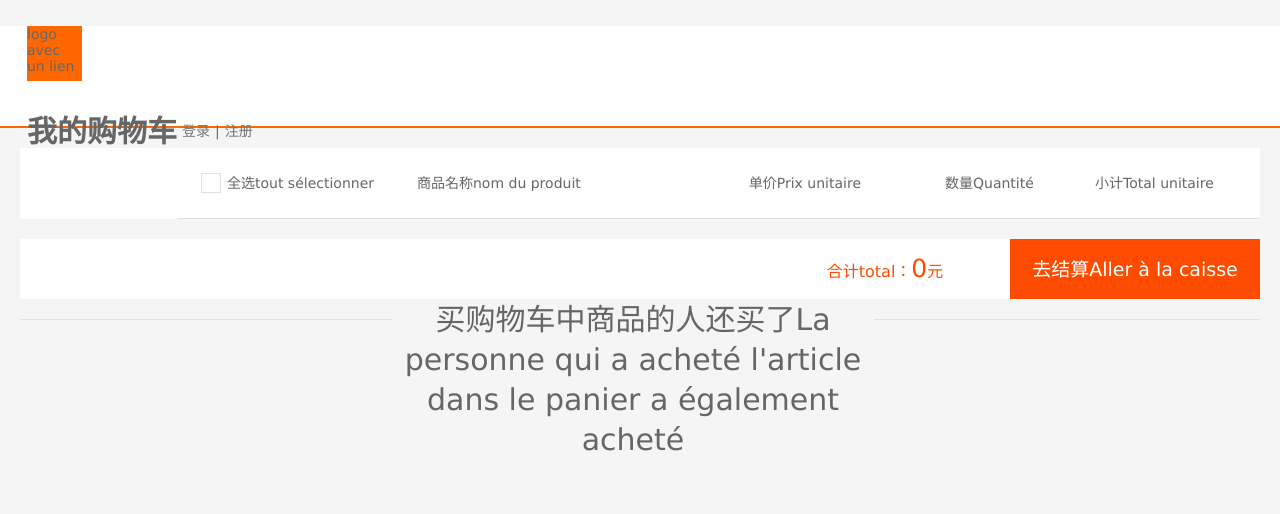
Repository: clairedupuich/excercice
Page: javaScript/banier d'achat/购物车.html
These files come from the project's save history. The page is drawn as it stood at one moment and after the next save; the edit follows.
The browser window is 1280 px wide. The pictures show the whole page.

Above is the page before, as saved 2020-10-12 16:04:10.
Console error: SyntaxError: Unexpected end of input

### javaScript/banier d'achat/购物车.html
<!DOCTYPE html>
<html lang="en">

<head>
    <meta charset="UTF-8">
    <meta name="viewport" content="width=device-width, initial-scale=1.0">
    <title>panier d'achat</title>
    <link rel="stylesheet" href="购物车.css">
</head>

<body>
    <div class="header">
        <div class="container">
            <div class="header-logo">
                <a class="logo ir" href="" title="supermarche de claire">logo avec un lien</a>
            </div>
            <div class="header-title" id="J_miniHeaderTitle">
                <h2 style="font-size: 30px;">我的购物车</h2>
            </div>
            <div class="topbar-info" id="J_userInfo">
                <a class="link" href="http://www.weichufeng.cn/login.jsp">登录</a><span class="sep">|</span><a class="link" href="http://www.weichufeng.cn/regist.jsp">注册</a></div>
        </div>
    </div>
    <!--购物车打开页-->
    <div id="car" class="car">

        <div class="head_row hid">
            <div class="check left"> <i onclick="checkAll()">√</i></div>
            <div class="img left"> 全选tout sélectionner</div>
            <div class="name left">商品名称nom du produit</div>
            <div class="price left">单价Prix ​​unitaire</div>
            <div class="number left">数量Quantité</div>
            <div class="subtotal left">小计Total unitaire</div>
            <div class="ctrl left">操作action</div>
        </div>

    </div>
    <!--结算区域-->
    <div id="sum_area">
        <div id="pay">去结算Aller à la caisse</div>
        <div id="pay_amout">合计total：<span id="price_num">0</span>元</div>
    </div>

    <!--推广广告区域-->
    <div id="box">
        <h2 class="box_head"><span>买购物车中商品的人还买了La personne qui
            a acheté l'article dans le panier a également acheté</span></h2>

        <ul>
        </ul>
    </div>


    <script src="购物车.js"></script>
</body>

</html>

### javaScript/banier d'achat/购物车.css
* {
    margin: 0;
    padding: 0;
    font-family: Verdana, Geneva, Tahoma, sans-serif;
    list-style: none;
    color: #666;
    text-decoration: none;
    font-size: 14px;
}

body {
    background: #f5f5f5;
    height: 100%;
}

.header {
    font-size: 12px;
    border-bottom: 2px solid #ff6700;
    background: #fff;
    color: #b0b0b0;
    position: relative;
    z-index: 20;
    height: 100px;
}

.header .container {
    position: relative;
    width: 1226px;
    margin-right: auto;
    margin-left: auto;
}

.header .container .header-logo {
    width: 93px;
    margin-top: 26px;
}

.logo {
    width: 48px;
    height: 48px;
    position: relative;
    display: block;
    width: 55px;
    height: 55px;
    overflow: hidden;
    background-color: #ff6700;
}

.header-title {
    float: left;
    margin-top: 26px;
    font-size: 12px;
}

.topbar-info {
    margin-top: 30px;
    line-height: 40px;
}

.link {
    padding: 0 5px;
    color: #757575;
    text-decoration: none;
}

.hid {
    overflow: hidden;
}

.left {
    float: left;
}

.box_head {
    position: relative;
    margin: 0;
    height: 50px;
    font-size: 30px;
    font-weight: 400;
    color: #757575;
    border-top: 1px solid #e0e0e0;
}

.box_head span {
    position: absolute;
    top: -20px;
    left: 372px;
    height: 40px;
    width: 482px;
    line-height: 40px;
    text-align: center;
    display: block;
    background-color: #f5f5f5;
    font-size: 30px;
}

#box {
    width: 1240px;
    margin: 20px auto;
}

#box ul {
    margin-right: -14px;
    overflow: hidden;
}

#box li {
    width: 234px;
    float: left;
    margin-right: 14px;
    padding: 24px 0 20px;
    background: #FFF;
    text-align: center;
    position: relative;
    cursor: pointer;
    margin-bottom: 14px;
}

.pro_img {
    width: 150px;
    height: 150px;
    margin: 0 auto 18px;
}

.pro_name {
    display: block;
    text-overflow: ellipsis;
    white-space: nowrap;
    overflow: hidden;
    font-weight: 400;
}

.pro_name a {
    color: #333;
}

.pro_price {
    color: #ff6700;
    margin: 10px;
}

.pro_rank {
    color: #757575;
    margin: 10px;
}

#box li:hover .add_btn {
    display: block;
}

#box li:hover .pro_rank {
    opacity: 0;
}

#box li .add_btn:hover {
    background-color: #f60;
    color: white;
}

.add_btn {
    height: 22px;
    position: absolute;
    width: 122px;
    bottom: 28px;
    left: 50%;
    margin-left: -61px;
    line-height: 22px;
    display: none;
    color: #F60;
    font-size: 12px;
    border: 1px solid #f60;
}

.car {
    width: 1240px;
    margin: 20px auto;
    background: #FFF;
}

.car .check {
    width: 50px;

}

.car .check i {
    color: #fff;
    display: inline-block;

    width: 18px;
    height: 18px;
    line-height: 18px;
    border: 1px solid #e0e0e0;
    margin-left: 24px;
    background-color: #fff;
    font-size: 16px;
    text-align: center;
    vertical-align: middle;
    position: relative;
    top: -1px;
    cursor: pointer;
    font-family: "iconfont";
}

.i_acity {

    border-color: #ff6700 !important;
    background-color: #ff6700 !important;
}

.car .img {
    width: 190px;
}

.car .img img {
    display: block;
    width: 80px;
    height: 80px;
    margin: 3px auto;
}

.car .name {
    width: 300px;
}

.car .name span {
    line-height: 1;
    margin-top: 8px;
    margin-bottom: 8px;
    font-size: 18px;
    font-weight: normal;
    text-overflow: ellipsis;
    white-space: nowrap;
    overflow: hidden;
}

.car .price {
    width: 144px;
    text-align: right;
    padding-right: 84px;
}

.car .price span {
    color: #ff6700;
    font-size: 16px;
}

.car .number {
    width: 150px;
}

.car .subtotal {
    width: 130px;

}

.car .ctrl {
    width: 105px;
    padding-right: 25px;
    text-align: center;
}

.car .ctrl a {
    font-size: 20px;
    cursor: pointer;
    display: block;
    width: 26px;
    height: 26px;
    margin: 30px auto;
    line-height: 26px;
}

.car .ctrl a:hover {
    color: #FFF;
    background: #ff6700;
    border-radius: 50%;
}

.head_row {
    height: 70px;
    line-height: 70px;
}

.head_row,
.row {
    border-bottom: solid 1px #e0e0e0;
}

.row {
    height: 86px;
    line-height: 86px;
    padding: 15px 0;
    margin: 0px;
}

#sum_area {
    width: 1240px;
    height: 60px;
    background: white;
    margin: 20px auto;
}

#sum_area #pay {
    width: 250px;
    height: 60px;
    text-align: center;
    float: right;
    line-height: 60px;
    font-size: 19px;
    background: #FF4B00;
    color: white;
}

#sum_area #pay_amout {
    width: 250px;
    height: 60px;
    text-align: center;
    float: right;
    line-height: 60px;
    font-size: 16px;
    color: #FF4B00;
}

#sum_area #pay_amout #price_num {
    width: 100px;
    height: 60px;
    font-size: 25px;
    color: #FF4B00;
    /*  float: left;*/
}

.item_count_i {
    height: 85px;
    width: 10%;
    /*border: 1px solid black;*/
    float: left;
    margin-right: 25px;
}

.num_count {
    width: 150px;
    height: 40px;
    border: 1.2px solid #E0E0E0;
    float: right;
    margin-top: 21px;

}

.count_i {
    width: 30%;
    height: 40px;
    line-height: 40px;
    float: left;
    text-align: center;
    font-size: 21px;
    color: #747474;
}

.count_i:hover {
    width: 30%;
    height: 40px;
    line-height: 40px;
    float: left;
    text-align: center;
    font-size: 21px;
    color: #747474;
    background: #E0E0E0;
    cursor: pointer;
}

.c_num {
    width: 40%;
    height: 40px;
    line-height: 40px;
    float: left;
    text-align: center;
    font-size: 16px;
    color: #747474;
}

.count_d {
    width: 30%;
    height: 40px;
    line-height: 40px;
    float: left;
    text-align: center;
    font-size: 25px;
    color: #747474;
}

.count_d:hover {
    width: 30%;
    height: 40px;
    line-height: 40px;
    float: left;
    text-align: center;
    font-size: 25px;
    color: #747474;
    background: #E0E0E0;
    cursor: pointer;
}

.i_acity2 {
    border-color: #ff6700 !important;
    background-color: #ff6700 !important;
}

### javaScript/banier d'achat/购物车.js
/* 一、基本功能
添加商品到购物车
移出购物车中的商品
选中某个商品，动态更新结算价格
商品数量的增加与减少
全选、反选，动态更新结算价格
 */

window.onload = function() {
    var aData = [{
            "imgUrl": "img/03-car-01.png",
            "proName": " 小米手环4 NFC版 ",
            "proPrice": "229",
            "proComm": "1"
        },
        {
            "imgUrl": "img/03-car-02.png",
            "proName": " Redmi AirDots真无线蓝牙耳机 ",
            "proPrice": "99.9",
            "proComm": "9.7"
        },
        {
            "imgUrl": "img/03-car-03.png",
            "proName": " 米家蓝牙温湿度计 ",
            "proPrice": "65",
            "proComm": "1.3"
        },
        {
            "imgUrl": "img/03-car-04.png",
            "proName": " 小米小爱智能闹钟 ",
            "proPrice": "149",
            "proComm": "1.1"
        },
        {
            "imgUrl": "img/03-car-05.png",
            "proName": "米家电子温湿度计Pro  ",
            "proPrice": "750",
            "proComm": "0.3"
        },
        {
            "imgUrl": "img/03-car-06.png",
            "proName": " 小米手环3 NFC版 Pro  ",
            "proPrice": "199",
            "proComm": "3.3"
        },
        {
            "imgUrl": "img/03-car-07.png",
            "proName": " 小米手环3 / 4 通用腕带",
            "proPrice": "19.9",
            "proComm": "1.2"
        },
        {
            "imgUrl": "img/03-car-08.png",
            "proName": "  米家温湿度传感器 ",
            "proPrice": "45",
            "proComm": "0.6"
        },
        {
            "imgUrl": "img/03-car-09.png",
            "proName": "  米家电子温湿度计Pro 3个装  ",
            "proPrice": "207",
            "proComm": "0.3"
        },
        {
            "imgUrl": "img/03-car-10.png",
            "proName": " 小米手环3 ",
            "proPrice": "199",
            "proComm": "7.2"
        }
    ];
    var oBox = document.getElementById("box");//商品列表所在的div
    var oUl = document.getElementsByTagName("ul")[0];//商品列表所在的ul
    //遍历所有商品
    for (var i = 0; i < aData.length; i++) {
        var oLi = document.createElement("li");
        var data = aData[i];
        oLi.innerHTML += '<div class="pro_img"><img src="' + data["imgUrl"] + '" width="150" height="150"></div>';
        oLi.innerHTML += '<h3 class="pro_name"><a href="#">' + data["proName"] + '</a></h3>';
        oLi.innerHTML += '<p class="pro_price">' + data["proPrice"] + '元</p>';
        oLi.innerHTML += '<p class="pro_rank">' + data["proComm"] + '万人好评</p>';
        oLi.innerHTML += '<div class="add_btn">加入购物车</div>';
        oUl.appendChild(oLi);

    }

After the next save:
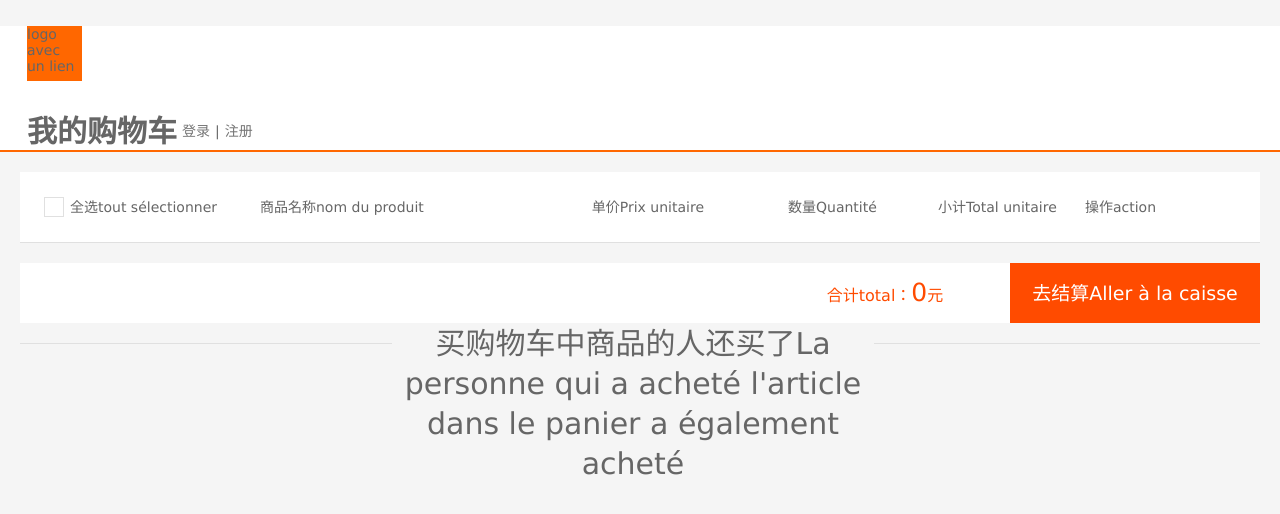
Saved 2 min 51 s later.
--- a/javaScript/banier d'achat/购物车.css
+++ b/javaScript/banier d'achat/购物车.css
@@ -14,6 +14,7 @@
 }
 
 .header {
+    padding-bottom: 2em;
     font-size: 12px;
     border-bottom: 2px solid #ff6700;
     background: #fff;
